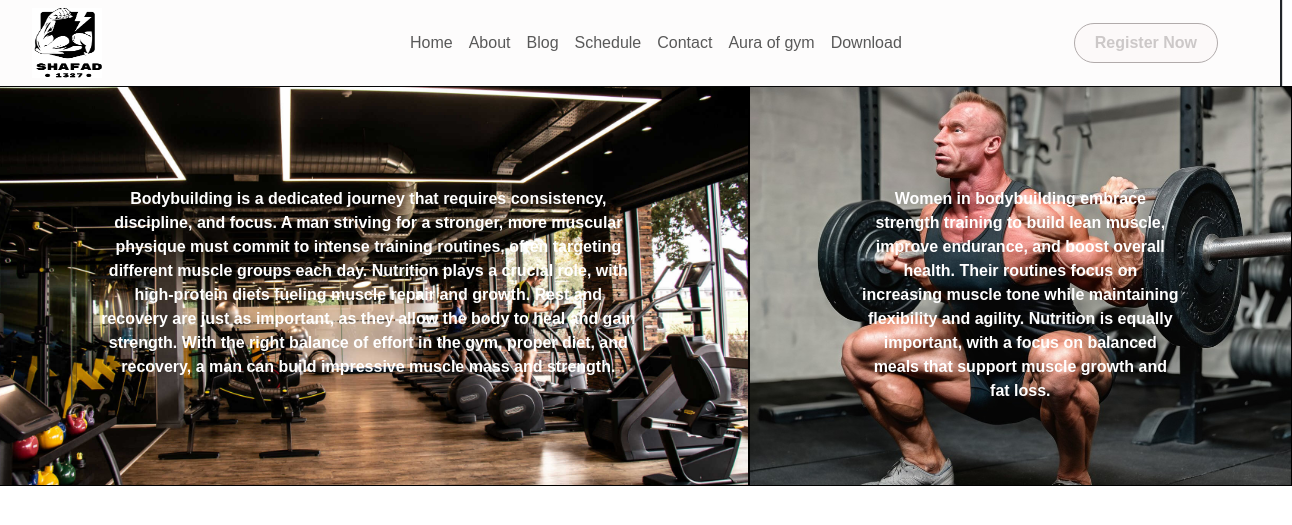
Repository: Daud-shafad/gymwebsite
Page: bootstrap-5.3.3-dist/bootstrap-5.3.3-dist/gym.html
These files come from the project's save history. The page is drawn as it stood at one moment and after the next save; the edit follows.
The browser window is 1280 px wide. The page is 1292 px wide, so the pictures cover 1292 px, including what lies to the right of the window. The pictures show the whole page.

Above is the page before, as saved 2024-12-28 13:43:09.

### bootstrap-5.3.3-dist/bootstrap-5.3.3-dist/gym.html
<!DOCTYPE html>
<html lang="en">
<head>
    <title>GYM WEBSITE</title>
    <meta charset="UTF-8">
    <meta name="viewport" content="width=device-width, initial-scale=1.0">
    <meta name="author" content="Daud_Shafad">
    <meta name="Description" content="This gym website front-end part">
    <meta name="keyword" content="html, css, bootstrap, front-end, gym, website">
    <link rel="stylesheet" href="gym.css">
    <link rel="stylesheet" href="css/bootstrap.css">


</head>
<body>

    <nav class="navbar navbar-expand-lg" style="background-color: rgb(253, 252, 252); box-shadow: 1px -1px 1px 1px">
        <div class="container-fluid">
          <img src="power.png" style="width: 70px;
          height: 70px; margin-left: 20px;" >
          <button class="navbar-toggler" type="button" data-bs-toggle="collapse" data-bs-target="#navbarSupportedContent" aria-controls="navbarSupportedContent" aria-expanded="false" aria-label="Toggle navigation">
            <span class="navbar-toggler-icon"></span>
          </button>
          <div class="collapse navbar-collapse" id="navbarSupportedContent" style="font-family: sans-serif;">
            <ul class="navbar-nav me-auto mb-2 mb-lg-0" style="margin-left: 300px;">
              <li class="nav-item" >
                <a class="nav-link" aria-current="page" href="#">Home</a>
              </li>
              <li class="nav-item" >
                <a class="nav-link" href="#">About</a>
              </li>
              <li class="nav-item">
                <a class="nav-link" href="#">Blog</a>
              </li>
              <li class="nav-item">
                <a class="nav-link" aria-disabled="false">Schedule</a>
              </li>
              <li class="nav-item">
                <a class="nav-link" aria-disabled="false">Contact</a>
              </li>
              <li class="nav-item">
                <a class="nav-link" aria-disabled="false">Aura of gym</a>
              </li>
              <li class="nav-item">
                <a class="nav-link" aria-disabled="false">Download</a>
              </li>
              </ul>
           <button class="btn-register">
            Register Now
           </button>
          </div>
        </div>
      </nav>

      <div class="row">
        <div class="col-7">
          <p class="p-man-bodybuilding">Bodybuilding is a dedicated journey that requires consistency, discipline, and focus. A man striving for a stronger, more muscular physique must commit to intense training routines, often targeting different muscle groups each day. Nutrition plays a crucial role, with high-protein diets fueling muscle repair and growth. Rest and recovery are just as important, as they allow the body to heal and gain strength. With the right balance of effort in the gym, proper diet, and recovery, a man can build impressive muscle mass and strength.</p>
        </div>
        <div class="col-5">
        <p class="p-women-bodybuilding">Women in bodybuilding embrace strength training to build lean muscle, improve endurance, and boost overall health. Their routines focus on increasing muscle tone while maintaining flexibility and agility. Nutrition is equally important, with a focus on balanced meals that support muscle growth and fat loss.</p>
        </div>
      </div>





    <script src="js/bootstrap.js"></script>


</body>
</html>

### bootstrap-5.3.3-dist/bootstrap-5.3.3-dist/gym.css
*{
    margin:0;
    padding: 0;
}

.btn-register{
    background-color: rgb(252, 249, 249);
    padding: 7px 20px 7px 20px;
    border: 1px solid rgb(177, 171, 171);
    cursor: pointer;
    border-radius: 25px;
    margin-right: 50px;
    font-family: sans-serif;
    font-size: 16px;
    font-weight: 600;
    color: rgb(204, 200, 200);
    text-transform: capitalize;
    transition: all 2s;
}

.btn-register:hover{
   background-color: rgb(177, 171, 171);
   color: rgb(252, 249, 249);
   border: rgb(252, 249, 249);
   letter-spacing: 2px;
   box-shadow: 2px 1px 2px 2px;

}

#navbarSupportedContent:hover{
    letter-spacing: 1px;
    color: black;
    cursor: pointer;
    transition: all 2s;
}

.row .col-7{

    background: url(Gym5.jpg);
    background-position: center;
    background-size: cover;
    background-repeat: no-repeat;
    height: 400px;
    border: 1px solid black;
}

.row .col-7 .p-man-bodybuilding{
    font-family: sans-serif;
    font-size: 16px;
    font-weight: 600;
    text-align: center;
    padding: 100px;
    color: white;
}

.row .col-5{
    background: url(Gym11.jpg);
    background-position: center;
    background-size: cover;
    background-repeat: no-repeat;
    height: 400px;
    border: 1px solid black;

}

.row .col-5 .p-women-bodybuilding{
    font-family: sans-serif;
    font-size: 16px;
    font-weight: 600;
    text-align: center;
    padding: 100px;
    color: white;
}

Loaded but not shown: bootstrap-5.3.3-dist/bootstrap-5.3.3-dist/css/bootstrap.css (library); bootstrap-5.3.3-dist/bootstrap-5.3.3-dist/js/bootstrap.js (library)

After the next save:
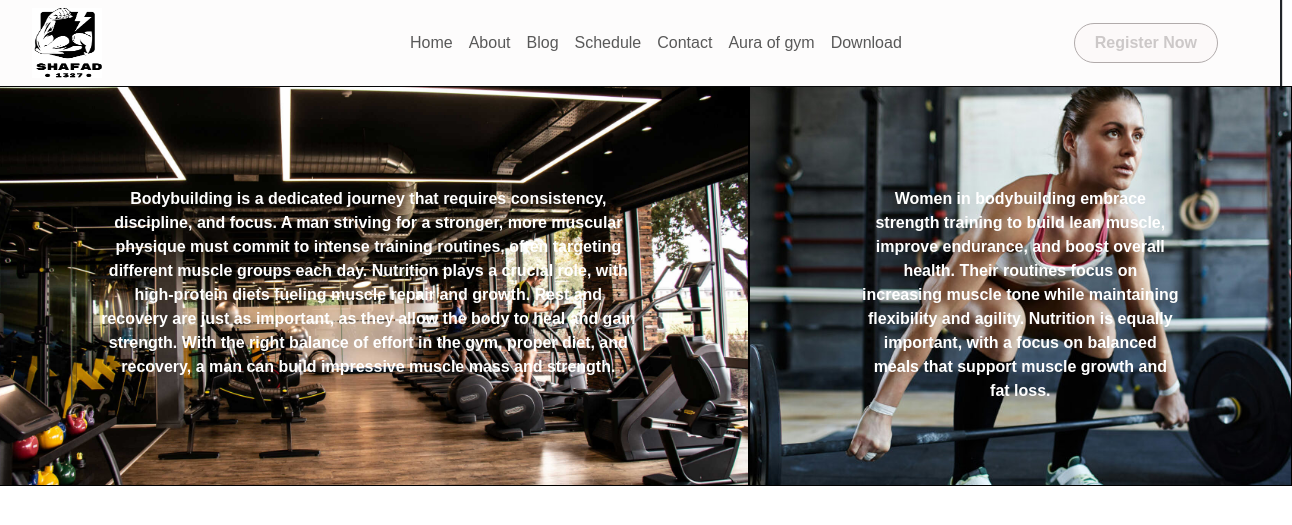
Saved 39 s later.
--- a/bootstrap-5.3.3-dist/bootstrap-5.3.3-dist/gym.css
+++ b/bootstrap-5.3.3-dist/bootstrap-5.3.3-dist/gym.css
@@ -54,7 +54,7 @@
 }
 
 .row .col-5{
-    background: url(Gym11.jpg);
+    background: url(Photowomen2.jpg);
     background-position: center;
     background-size: cover;
     background-repeat: no-repeat;
